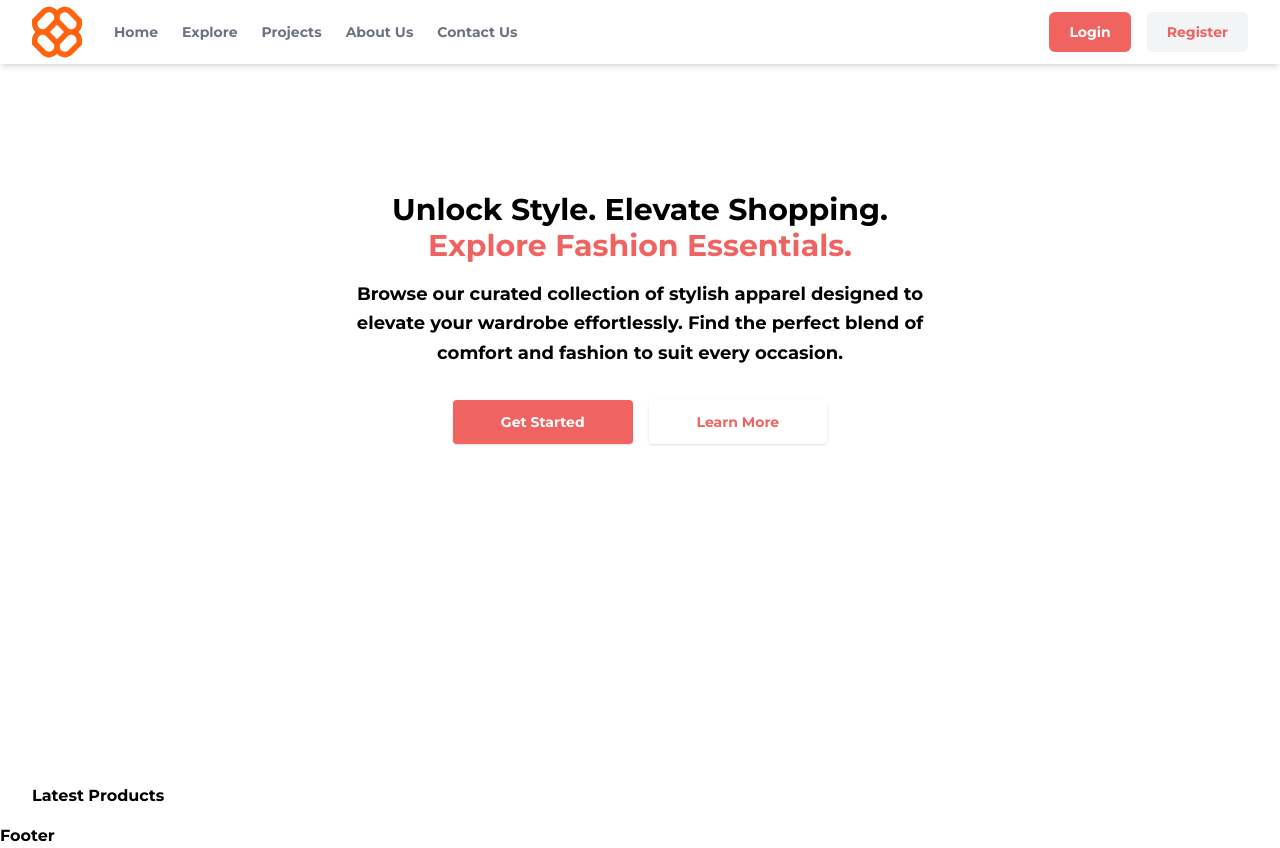
Repository: YahiaSala7/E-commerce-Project
Page: / (app in ecommerce/)
An editor plug-in stored every save of this project. The page is shown before and after the next save, followed by the edit.
The browser window is 1280 px wide. The pictures show the whole page.
The page's requests for data from a server got no answer. The project was rebuilt for these pictures with package versions that can differ from the ones it lists, and the page was loaded fresh each time. The framework's server and built-in components were replaced by stand-ins that run in the browser. No one was signed in, and anything a server would have sent is missing. Also part of the build but not shown: ecommerce/next.config.mjs, ecommerce/app/_Components/ProductItem.jsx.

Above is the page before, as saved 2024-07-26 02:04:57.

### ecommerce/app/layout.js
import { Montserrat } from "next/font/google";
import "./globals.css";
import Header from "./_Components/Header";
import Footer from "./_Components/Footer";

const inter = Montserrat({ subsets: ["latin"], weight: "700" });

export const metadata = {
  title: "Create Next App",
  description: "Generated by create next app",
};

export default function RootLayout({ children }) {
  return (
    <html lang="en">
      <body className={inter.className}>
        <Header />
        {children}
        <Footer />
      </body>
    </html>
  );
}

### ecommerce/app/page.js
import Image from "next/image";
import Hero from "./_Components/Hero";
import ProductsSection from "./_Components/ProductsSection";

export default function Home() {
  return (
    <div className="home">
      <Hero />
      <ProductsSection />
    </div>
  );
}

### ecommerce/app/globals.css
@tailwind base;
@tailwind components;
@tailwind utilities;

:root {
  /* --foreground-rgb: 0, 0, 0; */
  /* --background-start-rgb: 214, 219, 220;
  --background-end-rgb: 255, 255, 255; */
}

@media (prefers-color-scheme: dark) {
  :root {
    /* --foreground-rgb: 0, 0, 0; */
    /* --background-start-rgb: 0, 0, 0;
    --background-end-rgb: 0, 0, 0; */
  }
}

body {
  color: rgb(var(--foreground-rgb));
  background: linear-gradient(
      to bottom,
      transparent,
      rgb(var(--background-end-rgb))
    )
    rgb(var(--background-start-rgb));
}

@layer utilities {
  .text-balance {
    text-wrap: balance;
  }
}

### ecommerce/app/_Components/Header.jsx
import React from "react";
function Header() {
  return (
    <header className="bg-white shadow-md">
      <div className=" flex h-16 max-w-screen-xl items-center gap-8 container mx-auto px-4 sm:px-6 lg:px-8">
        <img src="/logo.svg" width={"50px"} height={"50px"} />

        <div className="flex flex-1 items-center justify-end md:justify-between">
          <nav aria-label="Global" className="hidden md:block">
            <ul className="flex items-center gap-6 text-sm">
              <li>
                <a
                  className="text-gray-500 transition hover:text-gray-500/75"
                  href="#">
                  {" "}
                  Home{" "}
                </a>
              </li>

              <li>
                <a
                  className="text-gray-500 transition hover:text-gray-500/75"
                  href="#">
                  {" "}
                  Explore{" "}
                </a>
              </li>

              <li>
                <a
                  className="text-gray-500 transition hover:text-gray-500/75"
                  href="#">
                  {" "}
                  Projects{" "}
                </a>
              </li>

              <li>
                <a
                  className="text-gray-500 transition hover:text-gray-500/75"
                  href="#">
                  {" "}
                  About Us{" "}
                </a>
              </li>

              <li>
                <a
                  className="text-gray-500 transition hover:text-gray-500/75"
                  href="#">
                  {" "}
                  Contact Us{" "}
                </a>
              </li>
            </ul>
          </nav>

          <div className="flex items-center gap-4">
            <div className="sm:flex sm:gap-4">
              <a
                className="block rounded-md bg-primary px-5 py-2.5 text-sm font-medium text-white transition hover:bg-secondary "
                href="#">
                Login
              </a>

              <a
                className="hidden rounded-md bg-gray-100 px-5 py-2.5 text-sm font-medium text-primary transition hover:text-secondary sm:block"
                href="#">
                Register
              </a>
            </div>

            <button className="block rounded bg-gray-100 p-2.5 text-gray-600 transition hover:text-gray-600/75 md:hidden">
              <span className="sr-only">Toggle menu</span>
              <svg
                xmlns="http://www.w3.org/2000/svg"
                className="h-5 w-5"
                fill="none"
                viewBox="0 0 24 24"
                stroke="currentColor"
                strokeWidth="2">
                <path
                  strokeLinecap="round"
                  strokeLinejoin="round"
                  d="M4 6h16M4 12h16M4 18h16"
                />
              </svg>
            </button>
          </div>
        </div>
      </div>
    </header>
  );
}

export default Header;

### ecommerce/app/_Components/Hero.jsx
import React from "react";

function Hero() {
  return (
    <section className="">
      <div className="mx-auto max-w-screen-xl px-4 py-32 lg:flex lg:h-screen">
        <div className="mx-auto max-w-xl text-center">
          <h1 className="text-2xl font-extrabold sm:text-3xl ">
            Unlock Style. Elevate Shopping.
            <strong className="font-extrabold text-primary sm:block">
              {" "}
              Explore Fashion Essentials.{" "}
            </strong>
          </h1>

          <p className="mt-4 sm:text-[18px]/relaxed">
            Browse our curated collection of stylish apparel designed to elevate
            your wardrobe effortlessly. Find the perfect blend of comfort and
            fashion to suit every occasion.
          </p>

          <div className="mt-8 flex flex-wrap justify-center gap-4">
            <a
              className="block w-full rounded bg-primary px-12 py-3 text-sm font-medium text-white shadow hover:bg-secondary focus:outline-none focus:ring active:bg-red-500 sm:w-auto"
              href="#">
              Get Started
            </a>

            <a
              className="block w-full rounded px-12 py-3 text-sm font-medium text-primary shadow hover:text-secondary focus:outline-none focus:ring active:text-red-500 sm:w-auto"
              href="#">
              Learn More
            </a>
          </div>
        </div>
      </div>
    </section>
  );
}

export default Hero;

### ecommerce/app/_Components/ProductsSection.jsx
import React from "react";
import LatestProducts from "./LatestProducts";

function ProductsSection() {
  return (
    <>
      <h2 className="mx-auto px-4 sm:px-6 lg:px-8 pb-4">Latest Products</h2>
      <LatestProducts />
    </>
  );
}

export default ProductsSection;

### ecommerce/app/_Components/LatestProducts.jsx
"use client";
import React, { useEffect, useState } from "react";
import ProdcutApis from "../_utils/ProdcutApis";
import ProductItem from "./ProductItem";

function LatestProducts() {
  const [latestProducts, setLatestProducts] = useState([]);
  useEffect(() => {
    getLatestProducts_();
  }, []);
  const getLatestProducts_ = () => {
    ProdcutApis.getLatestProducts().then((res) => {
      setLatestProducts(res.data.data);
    });
  };

  return (
    <div className="grid grid-cols-2 sm:grid-col-3 md:grid-cols-4 gap-3 mx-auto px-4 sm:px-6 lg:px-8">
      {latestProducts?.map((product) => (
        <ProductItem key={product.id} product={product} />
      ))}
    </div>
  );
}

export default LatestProducts;

### ecommerce/app/_utils/ProdcutApis.js
const { default: dataFetching } = require("./dataFetching");

const getLatestProducts = () => dataFetching.get("/products?populate=*");

export default {
  getLatestProducts,
};

### ecommerce/app/_utils/dataFetching.js
const { default: axios } = require("axios");

const apiKey = process.env.NEXT_PUBLIC_REST_API_KEY;
const baseUrl = "http://localhost:1337/api";

const dataFetching = axios.create({
  baseURL: baseUrl,
  headers: {
    Authorization: `Bearer ${apiKey}`,
  },
});

export default dataFetching;

### ecommerce/tailwind.config.js
/** @type {import('tailwindcss').Config} */
module.exports = {
  content: [
    "./pages/**/*.{js,ts,jsx,tsx,mdx}",
    "./components/**/*.{js,ts,jsx,tsx,mdx}",
    "./app/**/*.{js,ts,jsx,tsx,mdx}",
  ],
  theme: {
    extend: {
      backgroundImage: {
        "gradient-radial": "radial-gradient(var(--tw-gradient-stops))",
        "gradient-conic":
          "conic-gradient(from 180deg at 50% 50%, var(--tw-gradient-stops))",
      },
      colors: {
        primary: "#EF6461",
        secondary: " #B83D3A",
      },
    },
  },
  plugins: [],
};

Loaded but not shown: ecommerce/app/_Components/Footer.jsx (common file)

After the next save:
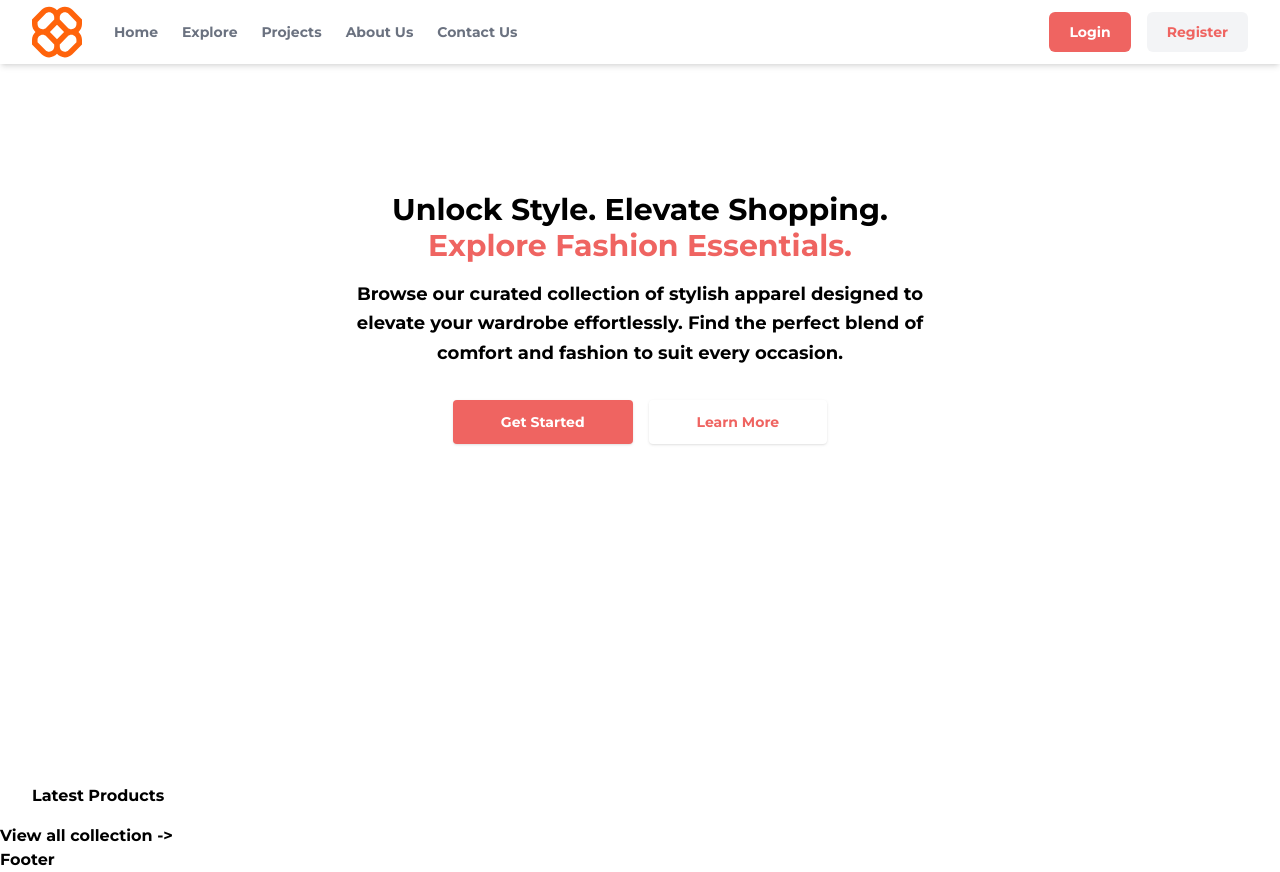
Saved 2 min 8 s later.
--- a/ecommerce/app/_Components/ProductsSection.jsx
+++ b/ecommerce/app/_Components/ProductsSection.jsx
@@ -4,8 +4,11 @@ import LatestProducts from "./LatestProducts";
 function ProductsSection() {
   return (
     <>
-      <h2 className="mx-auto px-4 sm:px-6 lg:px-8 pb-4">Latest Products</h2>
-      <LatestProducts />
+      <div className="latest-products">
+        <h2 className="mx-auto px-4 sm:px-6 lg:px-8 pb-4">Latest Products</h2>
+        <h4>View all collection -> </h4>
+        <LatestProducts />
+      </div>
     </>
   );
 }
